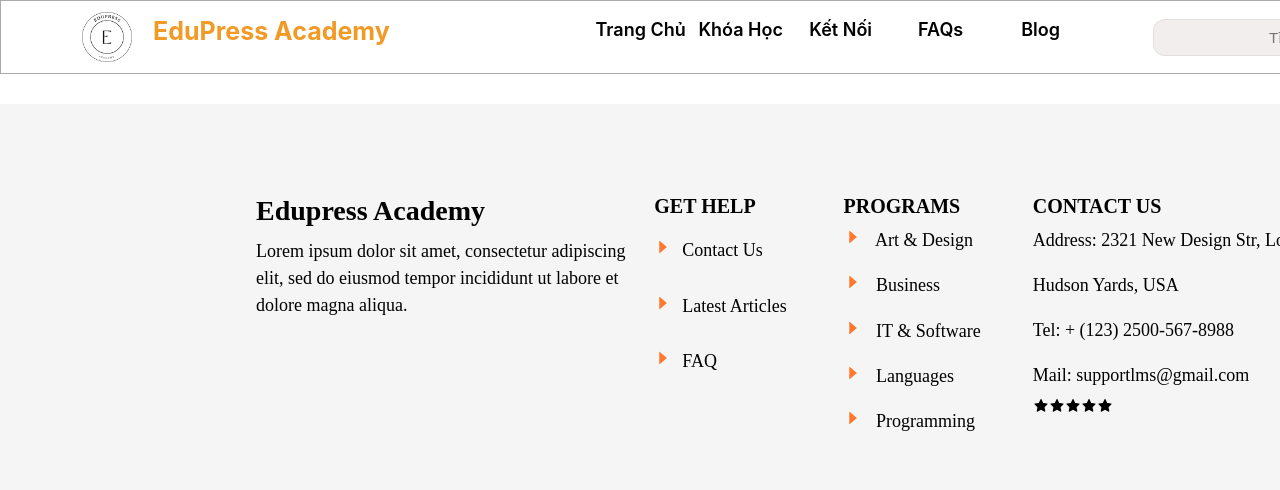
Repository: hieu1802/WebsiteEdupress
Page: /Management (app in my-app/Fontend/)
An editor plug-in stored every save of this project. The page is shown before and after the next save, followed by the edit.
The browser window is 1280 px wide. The pictures show the whole page.
The project was rebuilt for these pictures with package versions that can differ from the ones it lists, and the page was loaded fresh each time. Also part of the build but not shown: my-app/Fontend/src/App.css, my-app/Fontend/src/Components/data/topCategories.jsx, my-app/Fontend/src/Components/HomePage/ContainerPage.jsx, my-app/Fontend/src/Components/HomePage/HomePage.jsx, my-app/Fontend/src/Components/Login/Login.css, my-app/Fontend/src/Components/Modal/Modal.css, my-app/Fontend/src/Components/Modal/Modal.jsx, my-app/Fontend/src/Components/Login/Login.jsx and 42 more.

Above is the page before, as saved 2024-11-03 12:08:30.

### my-app/Fontend/src/App.jsx
import logo from "./logo.svg";
import "./App.css";
import HomePage from "./Components/HomePage/HomePage.jsx";
import { BrowserRouter as Router, Routes, Route } from "react-router-dom";
import Login from "./Components/Login/Login";
import Register from "./Components/Register/Register";
import AdminPage from "./Components/AdminPage/AdminPage";
import LostPass from "./Components/LostPass/LostPass";
import CouresPage from "./Components/CouresPage/CouresPage.jsx";
import BlogPage from "./Components/BlogPage/BlogPage.jsx";
import ProtectedRoute from "./Components/ProtectedRoute.jsx";
import InfoCustomer from "./Components/InfoCustomer/InfoCustomer.jsx";
import CourseDetail from "./Course-detail/Coursedetail.js";
import DeleteAccount from "./Components/DeleteAccount/DeleteAccount.jsx";
import ContactPage from "./Components/ContactPage/ContactPage.jsx";
import FAQs from "./Components/FAQs/FAQs.jsx";
import Management from "./Components/Management/Management.jsx";


function App() {
  return (
    <>
      <Router>
        <Routes>
          <Route path="/" element={<HomePage />} />
          <Route path="/login" element={<Login />} />
          <Route path="/register" element={<Register />} />
          <Route path="/Management" element={<Management />} />
          <Route
            path="/admin"
            element={<ProtectedRoute component={AdminPage} />}
          />
          <Route path="/lostPass" element={<LostPass />} />
          <Route path="/CouresPage" element={<CouresPage />} />
          <Route path="/info-customer" element={<InfoCustomer />} />
          <Route path="/BlogPage" element={<BlogPage />} />
          <Route path="/Coursedetail" element={<CourseDetail />} />
          <Route path="/Coursedetail/:id" element={<CourseDetail />} />
          <Route path="/delete-account" element={<DeleteAccount />} />
          <Route path="/ContactPage" element={<ContactPage />} />
          <Route path="/FAQsPage" element={<FAQs />} />
        </Routes>
      </Router>
    </>
  );
}

export default App;

### my-app/Fontend/src/Components/Management/Management.jsx
import React from 'react'
import Header from '../HomePage/Header'
import Footer from '../HomePage/Footer'

function Management() {
  return (
    <>
      <Header/>

      <Footer/>
    </>
  )
}

export default Management

### my-app/Fontend/src/Components/HomePage/Header.jsx
import React from "react";
import img01 from "../img/EduPress.png";

import "./HomePage.css";
import { IoIosSearch } from "react-icons/io";
import { Link, useNavigate } from "react-router-dom";
import { useState, useEffect } from "react";
import { topCourses } from "../data/FeaturedCoursesDaa";

function Header({ courses }) {
  const [loggedInUser, setLoggedInUser] = useState(null);
  const [searchQuery, setSearchQuery] = useState("");
  const [searchResults, setSearchResults] = useState([]);

  const navigate = useNavigate();

  useEffect(() => {
    const storedUser = localStorage.getItem("loggedInUser");
    if (storedUser) {
      const user = JSON.parse(storedUser);
      setLoggedInUser(user.userName);
    }
  }, []);

  const handleLogout = () => {
    localStorage.removeItem("username");
    localStorage.removeItem("loggedInUser");
    setLoggedInUser(null);
    navigate("/");
  };

  const handleSearch = (e) => {
    const query = e.target.value;
    setSearchQuery(query);
    if (query) {
      const results = topCourses.filter((course) => {
        if (course && course.courseName && course.author) {
          return (
            course.courseName.toLowerCase().includes(query.toLowerCase()) ||
            course.author.toLowerCase().includes(query.toLowerCase())
          );
        }
        return false;
      });
      setSearchResults(results);
    } else {
      setSearchResults([]);
    }
  };

  return (
    <>
      <div className="Header">
        <div className="logoHeader">
          <img src={img01} />
          <h3>EduPress Academy</h3>
        </div>
        <ul>
          <Link to="/" className="liLink">
            <li>Trang Chủ</li>
          </Link>
          <Link to="/CouresPage" className="liLink">
            <li>Khóa Học</li>
          </Link>
          <Link to="/ContactPage" className="liLink">
            <li>Kết Nối</li>
          </Link>
          <Link to="/FAQsPage" className="liLink">
            <li>FAQs</li>
          </Link>
          <Link to="/BlogPage" className="liLink">
            <li>Blog</li>
          </Link>
        </ul>
        <div className="ulInput">
          <input
            placeholder="Tìm Kiếm ..."
            value={searchQuery}
            onChange={handleSearch}
          />
          <div className="btnHeader">
            <IoIosSearch className="btnIcon" />
          </div>
          {searchResults.length > 0 && (
            <div className="searchResults">
              {searchResults.map((course) => (
                <div
                  key={course.id}
                  className="searchResultItem"
                  onClick={() =>
                    navigate(`/Coursedetail/${course.id}`, {
                      state: { course },
                    })
                  }
                >
                  {course.courseName} | {course.author}
                </div>
              ))}
            </div>
          )}
        </div>
        <div className="loginHeader">
          {loggedInUser ? (
            <div className="boxLogin">
              <span>
                Hello <Link to="/info-customer">{loggedInUser}</Link>
              </span>
              <button
                className="btnLogOut"
                onClick={handleLogout}
                style={{
                  marginLeft: "10px",
                  border: "1px solid transparent",
                  fontSize: "16px",
                  fontWeight: "600",
                  backgroundColor: "transparent",
                  cursor: "pointer",
                  color: "#000",
                }}
              >
                Logout
              </button>
            </div>
          ) : (
            <div>
              <Link to="/login">
                <span>Đăng Nhập</span>
              </Link>
              /
              <Link to="/register">
                <span>Đăng ký</span>
              </Link>
            </div>
          )}
        </div>
      </div>
    </>
  );
}

export default Header;

### my-app/Fontend/src/Components/HomePage/Footer.jsx
import React from 'react'
import { AiFillStar,AiFillCaretRight } from "react-icons/ai";

function Footer() {
  return (
    <div className='footerPage'>
        <div className='footerContaier'>
            <div className='footerEdupress'>
                <h2>Edupress Academy</h2>
                <p>Lorem ipsum dolor sit amet, consectetur adipiscing elit, sed do eiusmod tempor incididunt ut labore et dolore magna aliqua.</p>
            </div>
            <div className='footerHelp'>
                <h2>GET HELP</h2>
                <a href='#'><AiFillCaretRight  style={{color:'FF782D', marginRight:'10px'}}/>Contact Us</a>
                <a href='#'><AiFillCaretRight  style={{color:'FF782D', marginRight:'10px'}}/>Latest Articles</a>
                <a href='#'><AiFillCaretRight  style={{color:'FF782D', marginRight:'10px'}}/>FAQ </a>
            </div>
            <div className='footerPrograms'>
                <h2>PROGRAMS</h2>
                <a href='#'><AiFillCaretRight  style={{color:'FF782D', marginRight:'10px'}}/> Art & Design</a>
                <a href='#'><AiFillCaretRight  style={{color:'FF782D', marginRight:'10px'}}/> Business</a>
                <a href='#'><AiFillCaretRight  style={{color:'FF782D', marginRight:'10px'}}/> IT & Software </a>
                <a href='#'><AiFillCaretRight  style={{color:'FF782D', marginRight:'10px'}}/> Languages </a>
                <a href='#'><AiFillCaretRight  style={{color:'FF782D', marginRight:'10px'}}/> Programming </a>
            </div>
            <div className='footerContact'>
                <h2>CONTACT US</h2>
                <p>Address: 2321 New Design Str, Lorem Ipsum10 Hudson Yards, USA</p>
                <p>Tel: + (123) 2500-567-8988<br/>
                Mail: supportlms@gmail.com</p>
                <span><AiFillStar/><AiFillStar/><AiFillStar/><AiFillStar/><AiFillStar/></span>
            </div>
        </div>
    </div>
  )
}

export default Footer

### my-app/Fontend/src/Components/BlogPage/BlogPage.css
*{
    margin: 0;
    padding: 0;
}

.blogContainer{
    width: 1175px;
    height: 950px;
    margin-left: 20%;
    display: flex;
    margin-top: 30px;
}

.blogMain{
    width: 900px;
    height: 100%;
}

.blogTitle{
    width: 100%;
    height: 80px;
}

.blogTitle > h1{
    font-family: Exo;
    font-size: 36px;
    font-weight: 600;
    line-height: 43.2px;
    text-align: left;
    color: #000;
}

.blogDetail{
    width: 100%;
    height: 850px;
}

.blogImg{
    width: 100%;
    height: 500px;
}

.blogContent{
    width: 100%;
    height: 250px;
    margin-top: 15px;
    margin-bottom: 15px;
}

.blogContent > p{
    font-family: Jost;
    font-size: 18px;
    font-weight: 400;
    line-height: 27px;
    text-align: left;
}

.blogTag{
    width: 100%;
    height: 40px;
    display: flex;
}

.boxTags{
    width: 100px;
    height: 30px;
    border: 1px solid #000;
    text-align: center;
    padding-top: 5px;
    font-size: 16px;
    font-weight: 500;
    margin-right: 10px;
}

.blogSideBar{
    width: 275px;
    height: 800px;
    border: 1px solid #0000003d;
}

.category{
    width: 90%;
    height: 250px;
    margin-left: 10px;
}

.categoryNav{
    display: flex;
    justify-content: space-between;
    margin-bottom: 10px;
}

.buttonAdd{
   font-size: 18px;
   color: red;
   cursor: pointer;
}

.content{
    width: 900px;
    height: 500px;
    position: absolute;
    background-color: rgba(0, 0, 0, 0.9);
    top: 100px;
    left:auto;
    color: aliceblue;
}

.title{
    margin-left: 50px;
}

.formInput{
    width: 50% !important;
    height: 30px !important;
    margin-left:25px !important ;
    margin-bottom: 30px !important;
}

.textInput{
    width: 50%;
    height: 200px;
    margin-left: 10px;
}

.imgInput{
    margin-left: 15px;
    margin-top: 30px;
    margin-bottom: 30px;
}
.category > h4{
    font-family: Exo;
    font-size: 20px;
    font-weight: 600;
    line-height: 24px;
    text-align: left;
    margin-bottom: 20px;
}

.cateBox{
    width: 100%;
    height: 30px;
    display: flex;
    justify-content: space-between;

}

.boxRecent{
    width: 90%;
    height: 350px;
    margin-left: 10px;
}

.boxRecent > h4{
    font-family: Exo;
    font-size: 20px;
    font-weight: 600;
    line-height: 24px;
    text-align: left;
}

.articles{
    width: 100%;
    height: 90px;
    display: flex;
    margin: 0;
    margin-top: 15px;
    cursor: pointer;
}

.articlesImg{
    width: 40%;
    height: 100%;
}

.articlesImg > img{
    width: 100%;
    height: 100%;
}

.articlesContents{
    width: 60%;
    height: 90px;

}

.articlesContents > p{
    font-family: Jost;
    font-size: 16px;
    font-weight: 500;
    line-height: 24px;
    text-align: left;
    margin-left: 5px;
    margin-top: 5px;
}

.tags{
    width: 90%;
    height: 150px;
    margin-left: 10px;
    margin-top: 10px;
}

.tags > h4{
    font-family: Exo;
    font-size: 20px;
    font-weight: 600;
    line-height: 24px;
    text-align: left;
    margin-bottom: 10px;
}

.hastag{
    width: 100%;
    height: 100px;
    display: grid;
    grid-template-columns: 1fr 1fr;
}

### my-app/Fontend/src/Components/ContactPage/Contact.css
*{
    margin: 0;
    padding: 0;
}

.contactContainer{
    width: 1175px;
    height: 900px;
    margin-left: 20%;
    margin-top: 30px;
}

.contactBox{
    width: 100%;
    height: 450px;
    display: flex;
}

.contactInf{
    width: 400px;
    height: 300px;
}
.contactInf > h1{
    font-family: Exo;
    font-size: 36px;
    font-weight: 600;
    line-height: 43.2px;
    text-align: left;
    color: #000;
}

.info{
    width: 100%;
    height: 200px;
    margin-top: 30px;
}

.info > p{
    font-family: Jost;
    font-size: 18px;
    font-weight: 400;
    line-height: 27px;
    text-align: left;
}

.infoPhone{
    width: 250px;
    height: 50px;
    margin-top: 15px;
    display: flex;
}

.iconsInfo{
    width: 60px;
    height: 50px;
}

.iconsInfo > img{
    width: 100%;
    height: 100%;
}

.textInfo{
    width: 180px;
    height: 50px;
    margin-left: 10px;
    display: flex;
    flex-direction: column;
    justify-content: space-between;
}

.contactMap{
    width: 700px;
    height: 450px;
    margin-left: 30px;
    border-radius: 20px;
}

.contactMap > img{
    width: 100%;
    height: 100%;
    border-radius: 20px;
}

.contactUs{
    width: 100%;
    height: 400px;
    margin-top: 150px;
}

### my-app/Fontend/src/Components/FAQs/FAQs.css
*{
    padding: 0;
    margin: 0;
}

.ContainerFAQs{
    width: 1175px;
    height: 600px;
    margin-left: 20%;
    margin-top: 30px;
}

.ContainerFAQs > p{
    font-size: 16px;
    margin-top: 10px;
    margin-bottom: 10px;

}

.ContainerFAQs > img {
    width: 100%;
    height: 100%;
}

### my-app/Fontend/src/Components/data/FeaturedCoursesDaa.jsx
import img04 from "../img/img04.png";
import img05 from "../img/img05.png";
import img06 from "../img/img06.png";
import img07 from "../img/img07.png";
import img08 from "../img/img08.png";
import img09 from "../img/img09.png";

const topCourses = [
  {
    id: 1,
    img: img04,
    time: '2',
    student: '50',
    price: '4.000.000đ',
    sale: '2.000.000đ',
    lessons: '20',
    author: 'Christopher',
    courseName: 'Create an LMS Website with LearnPress'

  },
  {
    id: 2,
    img: img05,
    time: '3',
    student: '60',
    price: '5.000.000đ',
    sale: '2.500.000đ',
    lessons: '10',
    author: 'James',
    courseName: 'Create an CSS Website '
  },
  {
    id: 3,
    img: img06,
    time: '4',
    student: '90',
    price: '7.000.000đ',
    sale: '3.000.000đ',
    lessons: '25',
    author: 'Rebecca',
    courseName: 'Create an HTML Website '
  },
  {
    id: 4,
    img: img07,
    time: '2',
    student: '60',
    price: '6.000.000đ',
    sale: '3.500.000đ',
    lessons: '15',
    author: 'Jennifer',
    courseName: 'Create an CSS and REACT Website '
  },
  {
    id: 5,
    img: img08,
    time: '2',
    student: '70',
    price: '8.000.000đ',
    sale: '4.000.000đ',
    lessons: '24',
    author: 'Matthew',
    courseName: 'Create an REACT and SCSS Website '
  },
  {
    id: 6,
    img: img09,
    time: '2',
    student: '80',
    price: '9.000.000đ',
    sale: '6.000.000đ',
    lessons: '26',
    author: 'Daniel',
    courseName: 'Create an HTML and SCSS Website '
  },
];

export { topCourses }

### my-app/Fontend/src/Components/CouresPage/Container.css
*{
    margin: 0;
    padding: 0;
}

.container{
    width: 1175px;
    height: 1800px;
    margin-left: 20%;
    display: flex;
}

.boxProduct{
    width: 880px;
    height: 100%;
    padding-left:20px;
}

.boxProduct > h2{
    font-family: Exo;
    font-size: 36px;
    font-weight: 600;
    line-height: 43.2px;
    text-align: left;
}

.boxContent{
    width: 800px;
    height: 250px;
    margin-top: 30px;
    display: flex;
    border-radius: 20px 0 0 20px;
    border: 1px solid #00000048;
}

.boxImg{
    width: 300px;
    height: 100%;
}
.boxImg > img{
    width: 100%;
    height: 100%;
    border-radius: 20px 0 0 20px;
}

.boxTexT{
    width: 500px;
    height: 100%;
}

.text{
    width: 420px;
    height: 150px;
    display: flex;
    margin-left: 30px;
    flex-direction: column;
    justify-content: space-between;
}

.text > h4{
    margin-top: 10px;
    font-family: Jost;
    font-size: 24px;
    font-weight: 400;
    line-height: 24px;
    text-align: left;
}

.text > h5{
    font-family: Exo;
    font-size: 20px;
    font-weight: 600;
    line-height: 24px;
    text-align: left;
}

.iconsValue{
    width: 100%;
    height: 40px;
    display: flex;
    justify-content: space-between;
}

.icons{
    color: rgba(241, 152, 34, 0.979);
    font-size: 24px;
    margin-top: 8px;
}
.iconsValue> span{
    font-size: 18px;
}

.boxPrice{
    width: 100%;
    height: 50px;

    margin-top: 50px;
    display: flex;
    justify-content: space-between;
}

.priceBox{
    width: 280px;
    height: 100%;
    display: flex;
}

.priceBox > p{
    text-decoration: line-through;
    color: var(--Grey, #9D9D9D);
    font-weight: 700;
    margin-right: 10px;
    margin-left: 30px;
    font-size: 20px;
}

.priceBox > span{
    color: green;
    font-weight: 700;
    font-size: 20px;
}

.btnClick{
    width: 180px;
    height: 40px;
    border-radius: 24px;
    border: 1px solid #000;
    cursor: pointer;
    margin-right: 20px;
}

.btnClick > p{
    text-align: center;
    margin-top: 8px;
    font-weight: 600;
    color: red;
}

.btnClick:hover{
    background-color: red;
}

.btnClick > p:hover{
    color: #fff;
}

.boxSearch{
    width: 300px;
    height: 90%;
    background-color: beige;
}

.boxSearch > h2{
    font-family: Exo;
    font-size: 36px;
    font-weight: 600;
    line-height: 43.2px;
    text-align: left;
}

.searchValue{
    width: 100%;
    height: 500px;
    margin-top: 20px;
}

.searchValue > p{
    font-family: Exo;
    font-size: 24px;
    font-weight: 600;
    line-height: 43.2px;
    text-align: left;
    margin-bottom: 30px;
}

### my-app/Fontend/src/Course-detail/RegisterCourse.css
*{
    margin: 0;
    padding: 0;
}



.registration-form {
    position: relative;
    height: fit-content;
    padding: 20px;
    margin-left: 222px;
    display: flex;
    border: 1px solid black;
    width: 600px;
    flex-direction: column;

}

.registration-form label input {
    font-size: 25px;
    margin-left: 13px;
    border: none;
    border-bottom: 1px solid gray;
    width: 50%;
    height: 30px;
}


input:focus {
    outline: none;
}

.registration-form label {
    font-size: 25px;
}

.registration-form h2 {
    text-align: center;
}

.sale-course-price {
    font-size: 25px;
    margin: 15px 0 15px 0;
    width: fit-content;
}

.sale-price-form {
    margin-bottom: 20px;

    display: flex;
    justify-content: start;
}

.original-form-price {
    width: 600px;
    align-items: baseline;
    border-bottom: 3px solid black;
}

.phone-register-course {
    height: 30px;
    margin-top: 8px;
}

.payment-logo {
    display: flex;
    justify-content: space-around;
}

.payment-logo span {
    width: fit-content;
    cursor: pointer;
    border: 1px solid gray;


}

.payment-logo img {
    width: 100px;
    height: 100px;

}

.qr-code {

    width: fit-content;
    height: fit-content;
}

.qr-code img {
    width: 100%;
    height: 100%;
}

.original-priceS{
    text-decoration: line-through;
    color: #999;
    margin-right: 10px;
    font-size: 20px;
    margin-left: 10px;
    font-weight: 600;
}

.all-price > span{
    color: green;
    font-weight: 700;
}

.imgQr{
    width: 400px;
    height: 400px;
    margin-left: 30%;
}

### my-app/Fontend/src/Components/Management/ContainerManagement.jsx
import React from 'react'

function ContainerManagement() {
  return (
    <div>ContainerManagement</div>
  )
}

export default ContainerManagement

Loaded but not shown: my-app/Fontend/public/index.html (common file); my-app/Fontend/src/index.js (common file); my-app/Fontend/src/index.css (common file); my-app/Fontend/src/reportWebVitals.js (common file); my-app/Fontend/src/Components/HomePage/HomePage.css (871 lines, source omitted)

After the next save:
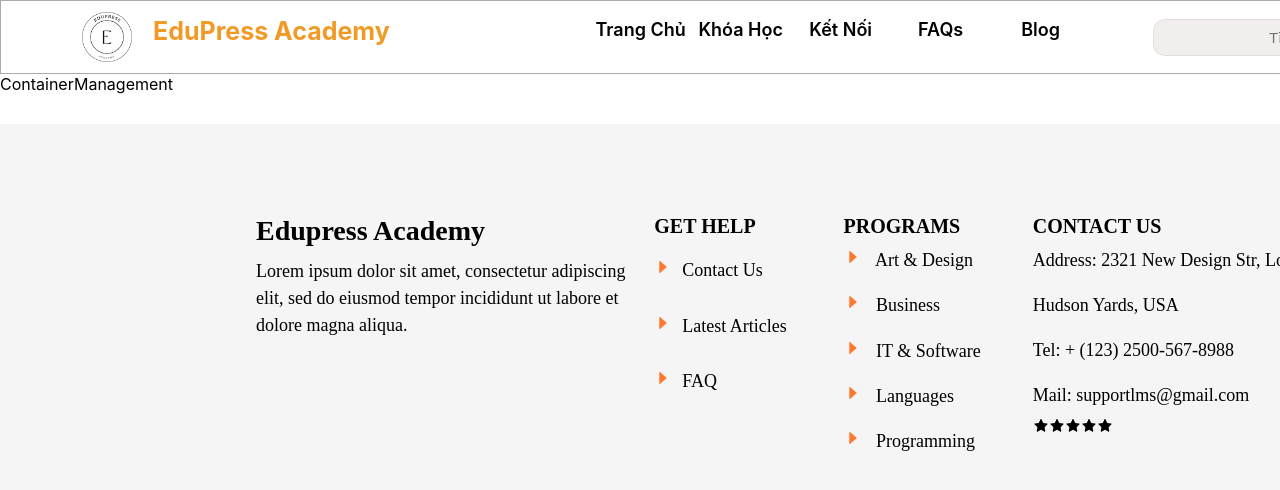
Saved 19 s later.
--- a/my-app/Fontend/src/Components/Management/Management.jsx
+++ b/my-app/Fontend/src/Components/Management/Management.jsx
@@ -1,12 +1,13 @@
 import React from 'react'
 import Header from '../HomePage/Header'
 import Footer from '../HomePage/Footer'
+import ContainerManagement from './ContainerManagement'
 
 function Management() {
   return (
     <>
       <Header/>
-
+      <ContainerManagement/>
       <Footer/>
     </>
   )
